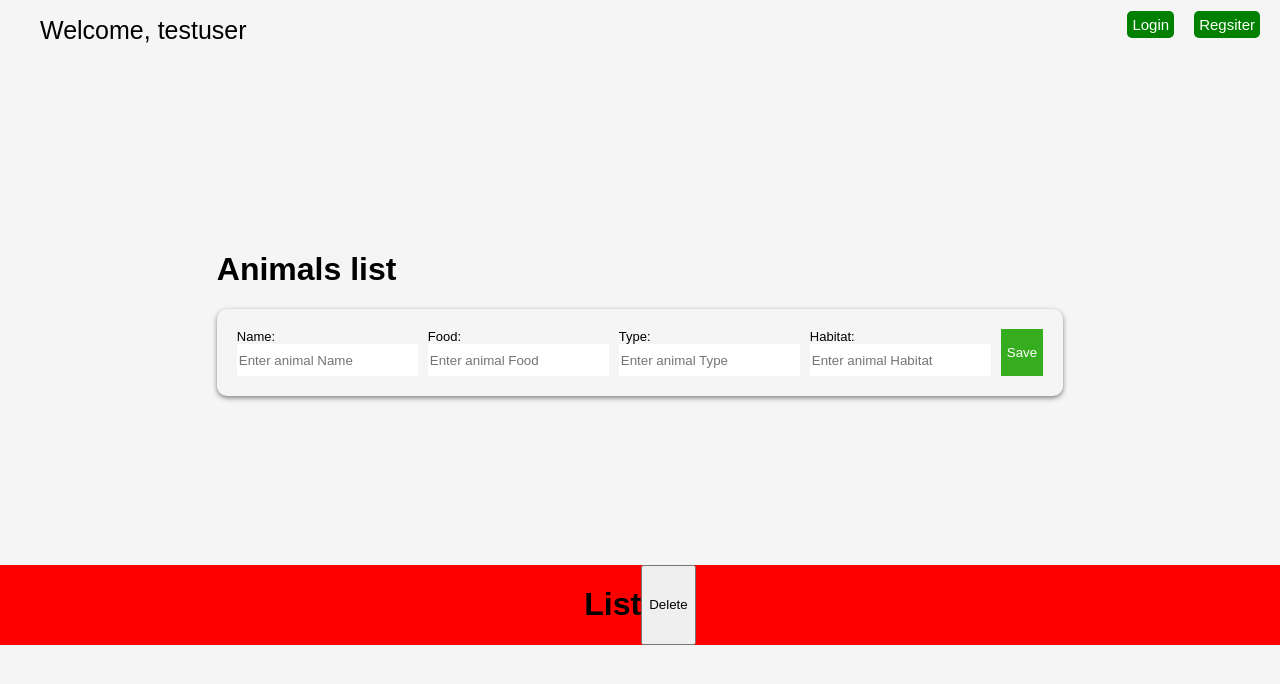
Repository: Dennis-star1001/PHP-CRUD
Page: http://localhost/
The author's editor kept a copy of each file at every save. The page is drawn from the files as they stood at one save, then again after the next save.
The browser window is 1280 px wide. The pictures show the whole page.
The page is run by PHP 8.4 with error messages shown; the project is at /var/www/html/. The session is filled in as if someone had signed in: {"id": 1, "username": "testuser"}. Queries for data that is not in the repository find no rows.

Above is the page before, as saved 2022-07-06 20:11:34.

### index.php
<?php

require("backend.php");


// if(!isset($_SESSION['id'])){
//     header("Location: login.php");
//     exit;
// }
?>
<?php
$err = "";
$success = '';
$clas = '';
if (isset($_GET['err'])) {
    $err = $_GET['err'];
    $clas = 'error';
} elseif (isset($_GET['success'])) {
    $success = $_GET['success'];
    $clas = 'success';
}

?>
<!DOCTYPE html>
<html lang="en">

<head>
    <meta charset="UTF-8">
    <meta http-equiv="X-UA-Compatible" content="IE=edge">
    <meta name="viewport" content="width=device-width, initial-scale=1.0">
    <link rel="stylesheet" href="style.css">

    <title>Document</title>
</head>

<body>
    <nav>
        <ul>
            <div class="main_nav">
                <?php echo "<li class='welcome'>" . "Welcome, " . $_SESSION['username'] . "</li>" ?>
                <div class="nav-links">
                    <li><a href="login.php">Login</a></li>
                    <li><a href="register.php">Regsiter</a></li>
                </div>

            </div>

        </ul>
    </nav>

    <div class="main-animal">
        <div class="animal-container">
            <div class="lef">
                <h1 class="title">Animals list</h1>
                <?php echo "<div class='$clas'>$success</div>" ?>
                <?php echo "<div class='$clas'>$err</div>" ?>

                <form method="POST" action="animals.php" class="animal-list">
                    <div class="input-field">
                        <label for="name">Name:</label>
                        <input type="text" placeholder="Enter animal Name" name='name'>
                    </div>

                    <div class="input-field">
                        <label for="name">Food:</label>
                        <input type="text" placeholder="Enter animal Food" name='food'>
                    </div>

                    <div class="input-field">
                        <label for="name">Type:</label>
                        <input type="text" placeholder="Enter animal Type" name='type'>
                    </div>


                    <div class="input-field">
                        <label for="name">Habitat:</label>
                        <input class="text-input" type="text" placeholder="Enter animal Habitat" name='habitat'>
                    </div>

                    <button type='submit' value="Save" class="submit" name="save">Save</button>
                </form>
            </div>
        </div>
        <div>

            <?php
            $sql = "SELECT * FROM animals ";
            $query = mysqli_query($conn, $sql);
            while ($row = mysqli_fetch_array($query)) {
                echo "<table>";
                echo "<tr>";
                echo "<td>{$row['id']}</td>";
                echo "<td> <b>Animal Name: </b>{$row['Name']},</td>";
                echo "<td> <b>Animal Food: </b>{$row['Food']},</td>";
                echo "<td><b>Animal Type: </b>{$row['Type']},</td>";
                echo " <td><b>Animal Habitat: </b> {$row['Habitat']}</td>";
                echo " <button>Delete</button>";
                echo "</tr>";
                echo "</table>";
            }
            ?>
        </div>
    </div>
    <div class="output">
        <h1>List</h1>
        <button>Delete</button>
    </div>
</body>

</html>

### backend.php
<?php
session_start();
require("connection.php");

if (isset($_POST['register'])) {
    $username = $_POST['username'];
    $email = $_POST['email'];
    $password = $_POST['password'];
    $phone = $_POST['phone'];

    if (empty($username) || empty($email) || empty($password) || empty($phone)) {
        header("Location: register.php?err=Empty field not allowed!");
        exit;
    }

    //check if existed
    $Select_sql = "SELECT * FROM register WHERE username = '$username' AND phone = '$phone'";

    $query =  mysqli_query($conn, $Select_sql);


    if (mysqli_num_rows($query) > 0) {
        header("Location: register.php?err=This user already exist");
        exit;
    } else {
        $Insert_sql = "INSERT INTO register SET username = '$username', email='$email', password='$password', phone = '$phone'";
        mysqli_query($conn, $Insert_sql);
        header("Location: login.php?success=You can now register");
    }
}


if (isset($_POST['login'])) {
    $username = $_POST['username'];

    $password = $_POST['password'];


    if (empty($username) || empty($password)) {
        header("Location: login.php?err=Empty field not allowed!");
        exit;
    }else{

    }

    $Select_sql = "SELECT * FROM register WHERE username = '$username' AND password = '$password'";
    $query = mysqli_query($conn, $Select_sql);
    if (mysqli_num_rows($query) > 0) {
        $row = mysqli_fetch_array($query);
        $_SESSION['id'] = $row['id'];
        $_SESSION['username'] = $row['username'];
        $_SESSION['password'] = $row['password'];
        header("Location: index.php?success=Logged in...");
    } else {
        header("Location: login.php?err=User not found!");
        exit;
    }

}
if (isset($_POST['save'])) {
    echo "Saved";
    $name = $_POST['name'];
    $Food = $_POST['food'];
    $Type = $_POST['type'];
    $Habitat = $_POST['habitat'];
    echo $name;
    if (empty($name) || empty($Food) || empty($Type) || empty($Habitat)) {

        header("Location: index.php?err=Empty field not allowed!");
        exit;
    } else {
        $Insert_sql = "INSERT INTO animals SET  Name='$name', Food='$Food', Type='$Type', Habitat='$Habitat'";
        mysqli_query($conn, $Insert_sql);
        header("Location: index.php?success=Successfully submited list!");

    }

}

### connection.php
<?php
$conn = mysqli_connect("localhost", "root", "", "Wild_animals");
if(!$conn){
die("Connection failed: " . mysqli_connect_error());
}

### style.css
body {
    margin: 0px;
    font-family: sans-serif;
    background-color: whitesmoke;

}

.heading{

    text-align: center;

}

.container{
    display: flex;
    justify-content: center;
    align-items: center;
    height: 100vh;
}
.animal-container{
    display: flex;
    justify-content: center;
    align-items: center;
    height: 70vh;
}
.left{
    display: flex;
    flex-direction: column;
    width: 20%;
    /* border: 1px solid black; */
    box-shadow: 0 2px 5px gray;
    border-radius: 10px;
    padding: 20px;
    gap: 10px;
}
.animal-list{
    display: flex;

    /* border: 1px solid black; */
    box-shadow: 0 2px 5px gray;
    border-radius: 10px;
    padding: 20px;
    gap: 10px;
}
.input-field{
    display: flex;
    flex-direction: column;
}
input{
    height: 30px;
    border: none;

}
input:focus{
    outline: none;
    border-bottom: 1px solid gray;
}
label{
    font-size: 13px;
}
.submit{
    background-color: rgb(54, 173, 30);
    border: none;
    color: white;
}
.main_nav{
display: flex;
justify-content: space-between;
}
.welcome{
    list-style: none;
    font-size: 25px;
}
.error {

    width: 100%;
    background-color: pink;
    color: red;
    font-family: sans-serif;
    display: flex;
    justify-content: center;
    align-items: center;
    font-size: 15px;


}

.success {
    height: 5%;
    width: 100%;
    background-color: lightgreen;
    color: green;
    font-family: sans-serif;
    display: flex;
    justify-content: center;
    align-items: center;
    font-size: 15px;
}
p{
    font-size: 11px;
    text-align: center;
}
.nav-links{
    display: flex;
    list-style: none;
    justify-content: right;
    padding-right: 10px;

}

.nav-links li a{
    padding: 5px;
    border-radius: 5px;
    margin: 5px 10px;
    font-size: 15px;
    text-decoration: none;
    color: white;
    background-color: green;
}
.output{
    display: flex;
    justify-content: center;
    background-color: red;
}
/* .main-animal{
    display: flex;
    justify-content: center;
    flex-direction: column;
    align-items: center;
} */

After the next save:
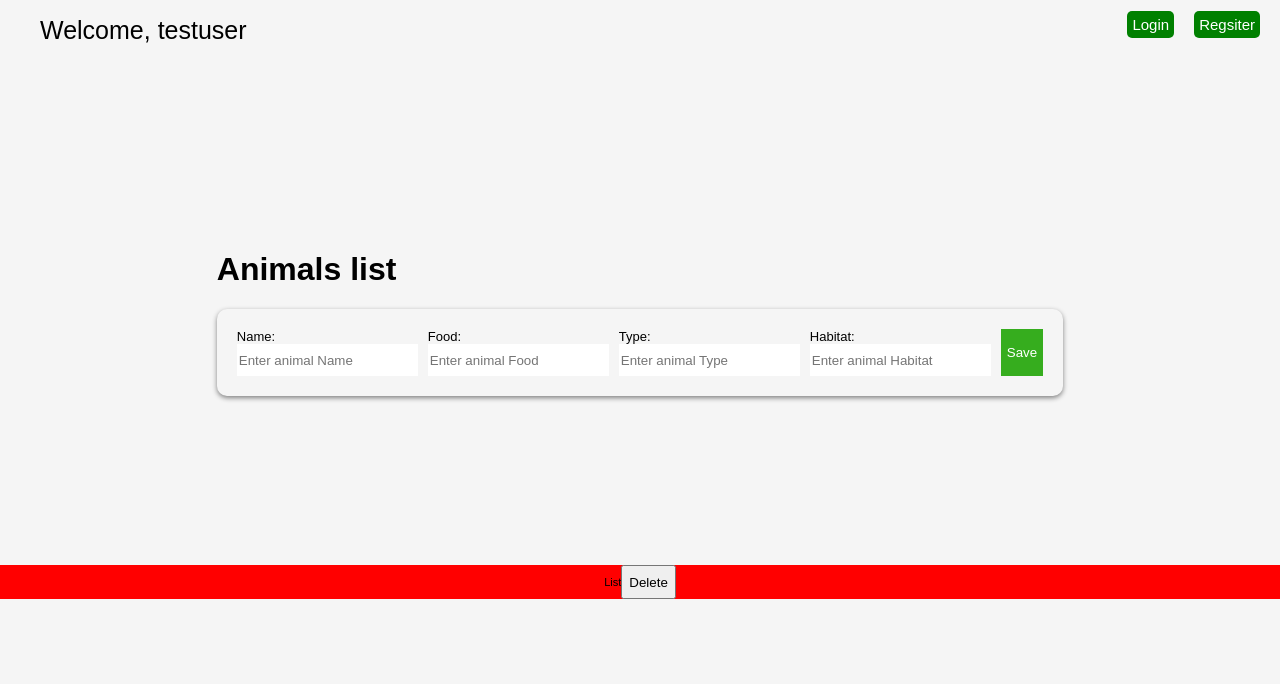
Saved 29 s later.
--- a/index.php
+++ b/index.php
@@ -102,7 +102,7 @@ if (isset($_GET['err'])) {
         </div>
     </div>
     <div class="output">
-        <h1>List</h1>
+        <p>List</p>
         <button>Delete</button>
     </div>
 </body>
